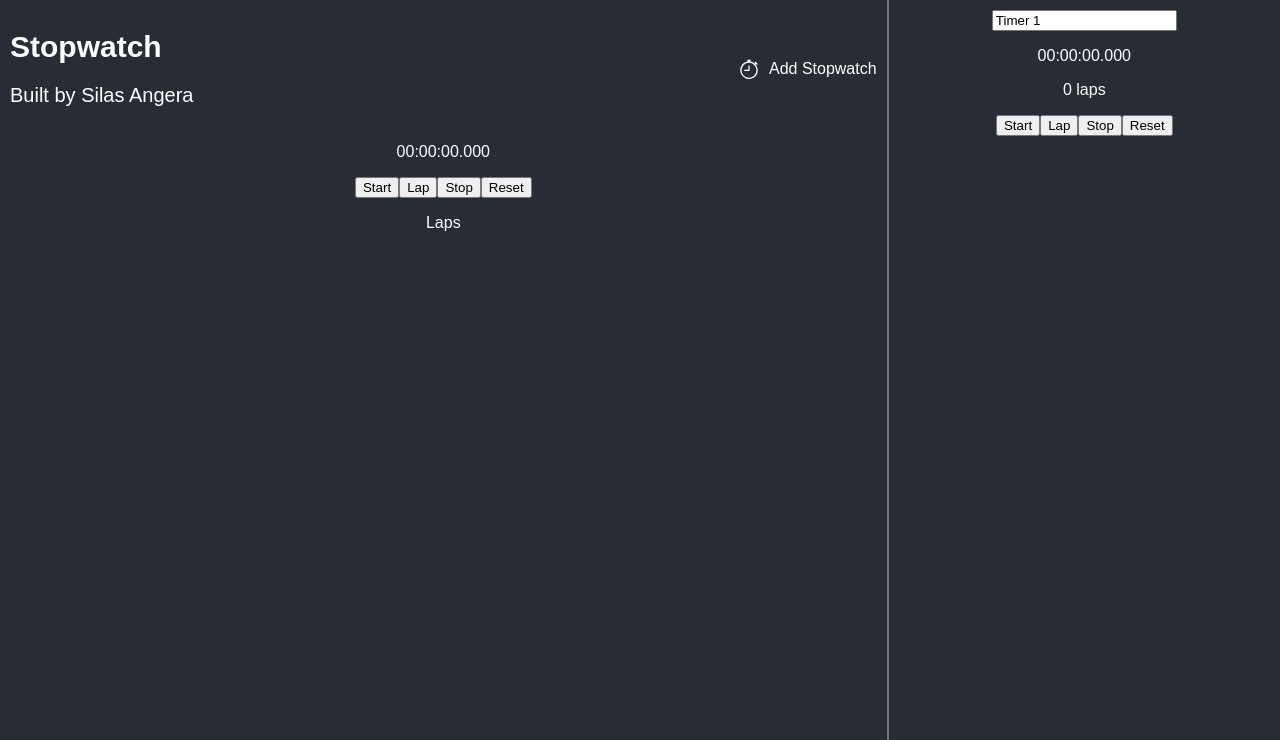
Repository: Angera-Silas/Multiple_stopwatches-app
Page: /
The author's editor kept a copy of each file at every save. The page is drawn from the files as they stood at one save, then again after a run of saves.
The browser window is 1280 px wide. The pictures show the whole page.
The project was rebuilt for these pictures with package versions that can differ from the ones it lists, and the page was loaded fresh each time.

Above is the page before, as saved 2023-06-26 14:58:18.

### src/App.js
import './App.css';
import React, { useState, useEffect } from 'react';
import { BsStopwatch } from 'react-icons/bs'

function App() {
  const [stopwatchData, setStopwatchData] = useState([
  { id: 0, name: "Timer 1", time: 0, isRunning: false, lap: [], time_started: 0, pause: [] },
 ])
 const [selectedRow, setSelectedRow] = useState(0)
 useEffect(() => {
  const interval = setInterval(() => {
   setStopwatchData(stopwatchData.map((stopwatch) => {
    if (stopwatch.isRunning) {
     return { ...stopwatch, time: new Date() - stopwatch.time_started - stopwatch.pause.reduce((a, b) => a + b, 0) }
    }
    return stopwatch
   }))
  }, 10)
  return () => clearInterval(interval)
 }, [stopwatchData])

 const handleStart = (id) => {
  setStopwatchData(stopwatchData.map((stopwatch) => {
   if (stopwatch.id === id) {
    return { ...stopwatch, isRunning: true, time_started: new Date() - stopwatch.time - stopwatch.pause.reduce((a, b) => a + b, 0) }
   }
   return stopwatch
  }))
 }

 const handleStop = (id) => {
  setStopwatchData(stopwatchData.map((stopwatch) => {
   if (stopwatch.id === id) {
    return { ...stopwatch, isRunning: false, pause: [...stopwatch.pause, new Date() - stopwatch.time_started - stopwatch.pause.reduce((a, b) => a + b, 0)] }
   }
   return stopwatch
  }))
 }

 const handleReset = (id) => {
  setStopwatchData(stopwatchData.map((stopwatch) => {
   if (stopwatch.id === id) {
    return { ...stopwatch, time: 0, isRunning: false, lap: [] }
   }
   return stopwatch
  }))
 }

 const handleLap = (id) => {
  setStopwatchData(stopwatchData.map((stopwatch) => {
   if (stopwatch.id === id) {
    return { ...stopwatch, lap: [...stopwatch.lap, stopwatch.time] }
   }
   return stopwatch
  }))
 }
 return (
  <div className="App">
   <div className='container'>
    <div className='left'>
      <div style={{ display: "flex", alignItems: "center", flexDirection: "row", justifyContent: "space-between", width: "100%" }}>
      <div style={{ textAlign: "left" }}>
       <h1 style={{ fontWeight: "bold", fontSize: 30 }}>Stopwatch</h1>
       <p style={{ fontWeight: "normal", fontSize: 20 }}>Built by Silas Angera</p>
      </div>
      <div style={{ cursor: "pointer", alignItems: "center", display: "flex", flexDirection: "row", gap: 10 }} onClick={() => setStopwatchData([...stopwatchData, { id: stopwatchData.length, name: `Timer ${stopwatchData.length + 1}`, time: 0, isRunning: false, lap: [], pause: [] }])}>
       <BsStopwatch size={20} color={"white"} />
       <p>Add Stopwatch</p>
      </div>
     </div>

     <p className='main-time-label'>{stopwatchData[selectedRow]?.time > 0 ? new Date(stopwatchData[selectedRow]?.time).toISOString().slice(11, -1) : "00:00:00.000"}</p>
     <div className="main-button-controls">
      <button className={"control-buttons"} onClick={() => handleStart(stopwatchData[selectedRow].id)}>Start</button>
      <button className={"control-buttons"} onClick={() => handleLap(stopwatchData[selectedRow].id)}>Lap</button>
      <button className={"control-buttons"} onClick={() => handleStop(stopwatchData[selectedRow].id)}>Stop</button>
      <button className={"control-buttons"} onClick={() => handleReset(stopwatchData[selectedRow].id)}>Reset</button>
     </div>
     <p className='lap-label'>Laps</p>
     <div className='lap-container'>
      {stopwatchData[selectedRow]?.lap.length > 0 && stopwatchData[selectedRow]?.lap.map((lap, index) => (
       <div style={{ display: "flex", justifyContent: "space-between", width: "500px" }}>
        <p>Lap {index + 1}</p>
        <p className='lap-time-label' key={index}>{new Date(lap).toISOString().slice(11, -1)}</p>
       </div>
      ))}
     </div>
    </div>
    <div className='right'>
      {stopwatchData.map((stopwatch) => (
      <div className="stopwatchContainer" key={stopwatch.id} style={{ cursor: "pointer" }} onClick={() => {
       setSelectedRow(stopwatch.id)
      }}>
       <div className="stopwatchName">
        <input className='name-label' value={stopwatch.name} onChange={(e) => {
         setStopwatchData(stopwatchData.map((stopwatchItem) => {
          if (stopwatchItem.id === stopwatch.id) {
           return { ...stopwatchItem, name: e.target.value }
          }
          return stopwatchItem
         }))
        }} />
       </div>
       <div className="stopwatchTime">
        <p className='time-label'>{new Date(stopwatch.time).toISOString().slice(11, -1)}</p>
        <p>{stopwatch.lap.length} laps</p>
       </div>
       <div className="stopwatchButtons">
        <button className={"control-buttons"} onClick={() => handleStart(stopwatch.id)}>Start</button>
        <button className={"control-buttons"} onClick={() => handleLap(stopwatch.id)}>Lap</button>
        <button className={"control-buttons"} onClick={() => handleStop(stopwatch.id)}>Stop</button>
        <button className={"control-buttons"} onClick={() => handleReset(stopwatch.id)}>Reset</button>
       </div>
      </div>
     ))}
    </div>
   </div>
  </div>
 );
}

export default App;

### src/App.css
.App {
 text-align: center;
 max-width: 100vw;
 max-height: 100vh;
}

.container {
 display: flex;
 flex-direction: row;
 align-items: center;
 justify-content: center;
 width: 100%;
 height: 100%;
 background-color: #282c34;
 color: white;
 font-family: sans-serif;
}

.left {
 display: flex;
 flex-direction: column;
 width: 70%;
 height: 100vh;
 background-color: #282c34;
 color: white;
 font-family: sans-serif;
 justify-content: flex-start;
 padding: 10px;
 align-items: center;
}

.right {
 display: flex;
 flex-direction: column;
 width: 30%;
 height: 100vh;
 background-color: #282c34;
 color: white;
 font-family: sans-serif;
 border-left: 2px solid #777;
 padding: 10px;
 overflow-y: scroll;
}

Loaded but not shown: public/index.html (common file); src/index.js (common file); src/index.css (common file); src/reportWebVitals.js (common file)

After the next 2 saves:
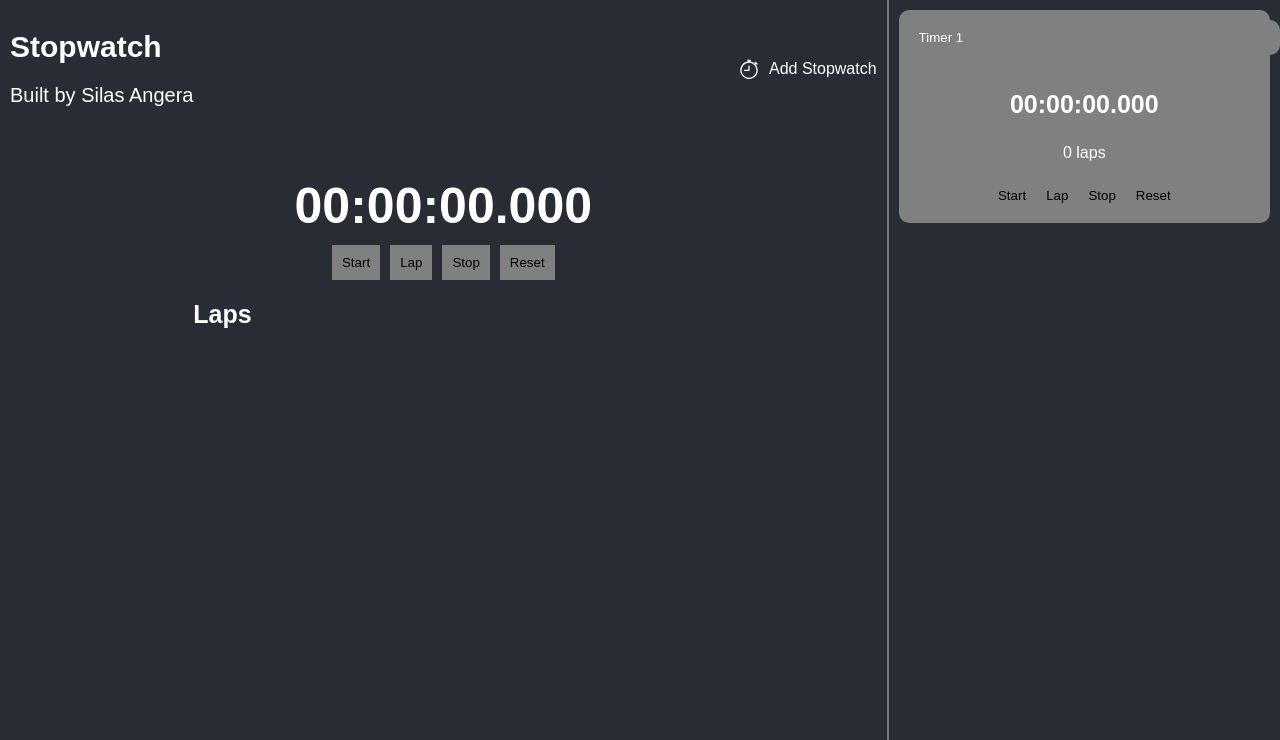
The 2 saves are shown as one change because they came seconds apart.
The last was saved 107 s later.
--- a/src/App.css
+++ b/src/App.css
@@ -41,3 +41,64 @@
  padding: 10px;
  overflow-y: scroll;
 }
+.stopwatchContainer {
+ padding: 10px;
+ background-color: gray;
+ border-radius: 10px;
+ margin-bottom: 10px;
+}
+
+.control-buttons {
+ padding: 10px;
+ background-color: gray;
+ border: none;
+}
+
+.main-button-controls {
+ display: flex;
+ flex-direction: row;
+ gap: 10px;
+ width: 100%;
+ justify-content: center;
+}
+
+.name-label {
+ padding: 10px;
+ background-color: gray;
+ border-radius: 10px;
+ margin-bottom: 10px;
+ text-align: left;
+ border: none;
+ outline: none;
+ width: 100%;
+ color: white;
+}
+
+.main-time-label {
+ font-size: 50px;
+ font-weight: bold;
+ margin-bottom: 10px;
+}
+
+.lap-label{
+ font-size: 25px;
+ font-weight: bold;
+ margin-bottom: 10px;
+ text-align: left;
+ width: 500px;
+ margin-top: 20px;
+}
+
+.lap-container{
+ display: flex;
+ flex-direction: column;
+ gap: 10px;
+ width: 100%;
+ justify-content: center;
+ align-items: center;
+}
+
+.time-label{
+ font-size: 25px;
+ font-weight: bold;
+}
